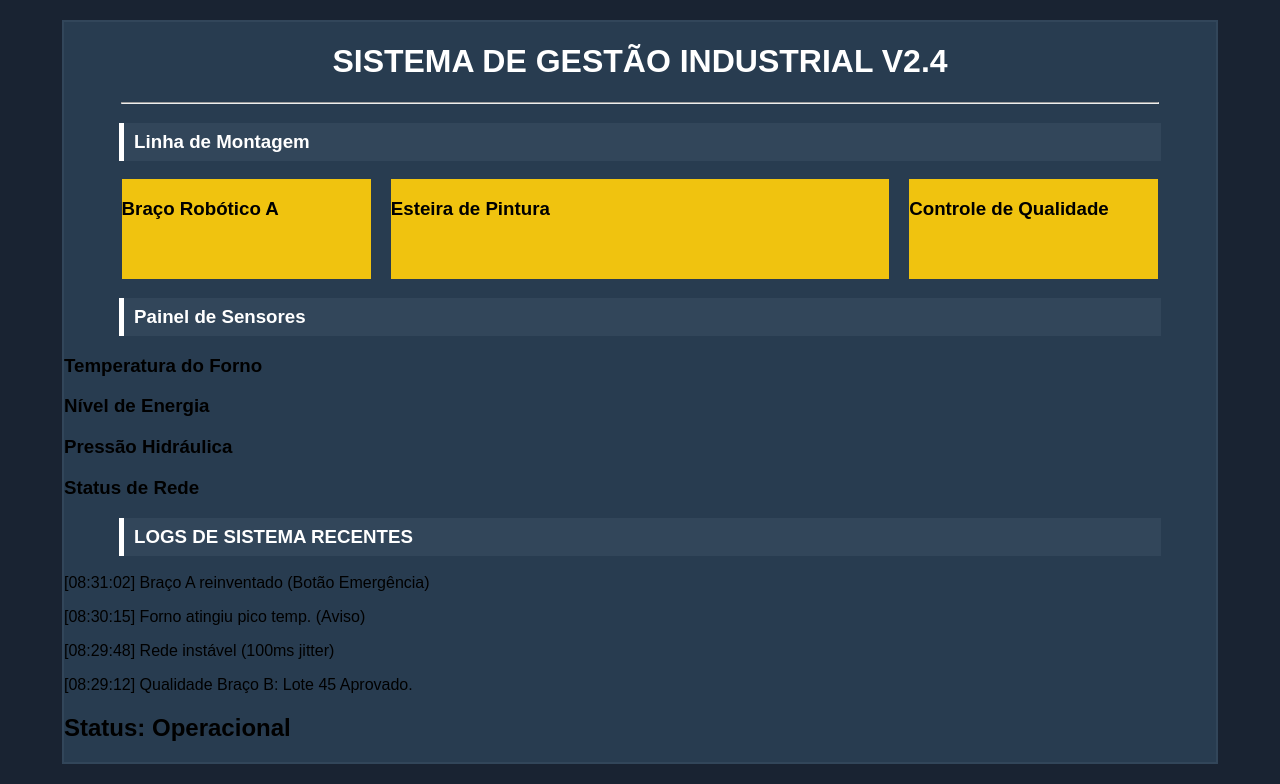
Repository: DanielEDapper/Front-WEG
Page: ProfeIgor/Aula5 - Dashboard Industrial/index.html
The author's editor kept a copy of each file at every save. The page is drawn from the files as they stood at one save, then again after a run of saves.
The browser window is 1280 px wide. The pictures show the whole page.
Some icons come from a web library that is not loaded, so they are not drawn.

Above is the page before, as saved 2026-05-29 19:37:22.

After the next 3 saves:
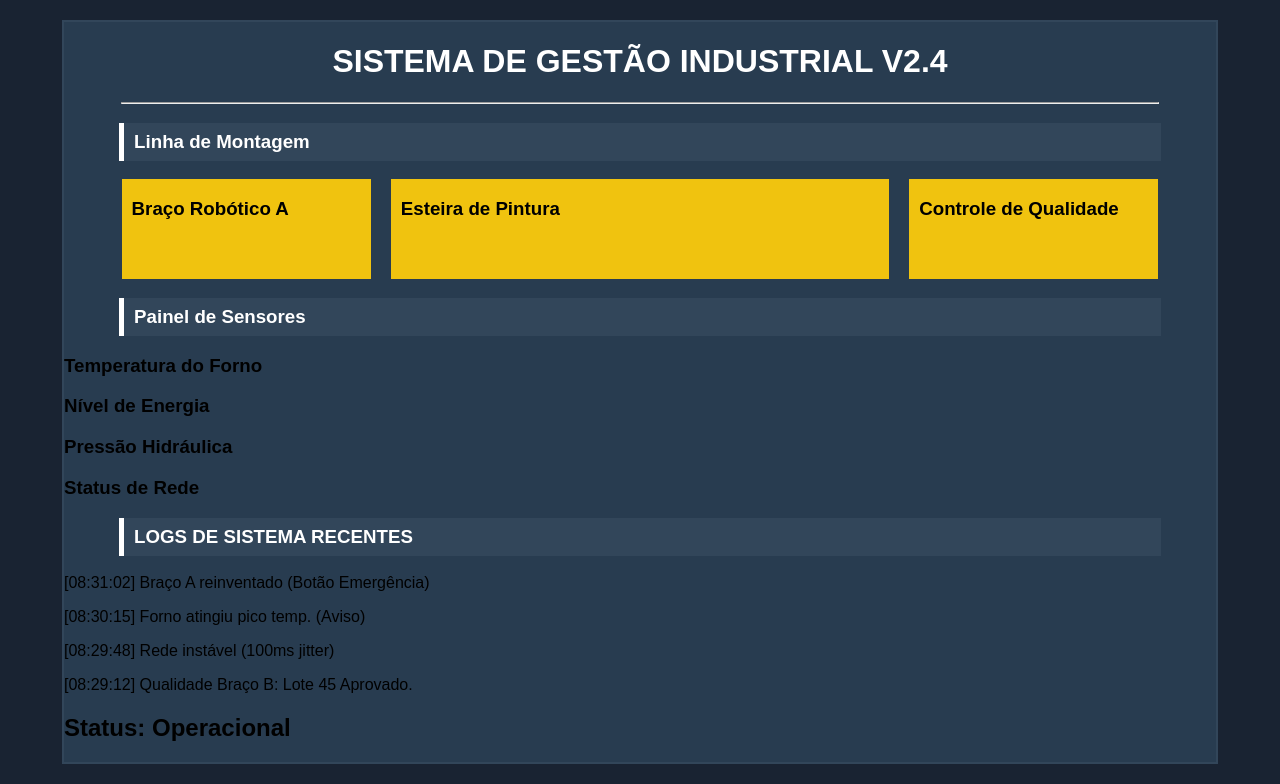
The 3 saves are shown as one change because they came seconds apart.
The last was saved 13 s later.
--- a/ProfeIgor/Aula5 - Dashboard Industrial/style.css
+++ b/ProfeIgor/Aula5 - Dashboard Industrial/style.css
@@ -68,7 +68,7 @@ hr{
 }
 
 .card h3{
-    padding:
+    padding: 0px 0px 0px 10px;
 }
 
 .card:nth-child(1){
